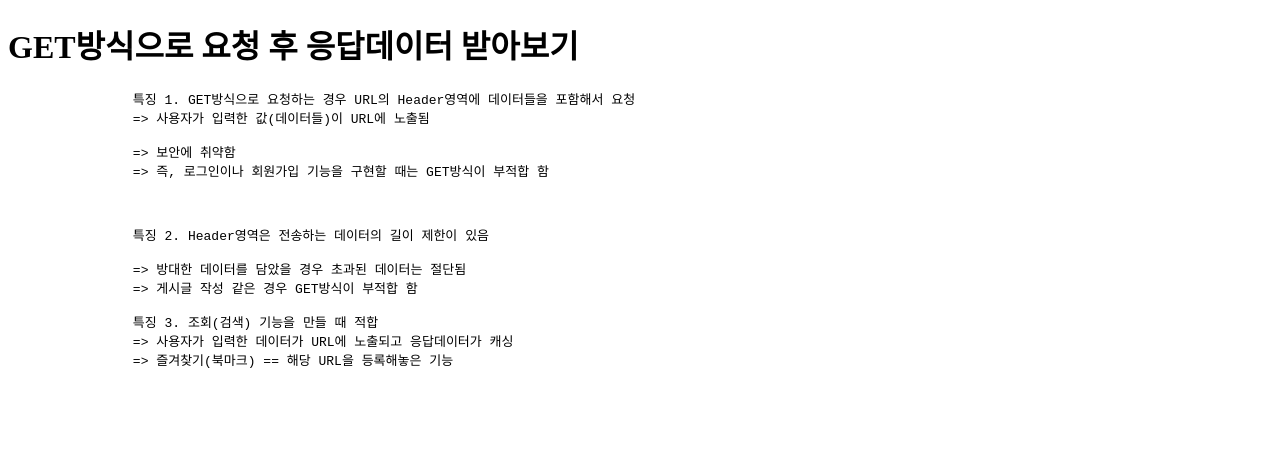
Repository: MiadongDeersfeet/webservice
Page: MyFirstWebProject/src/main/webapp/views/request_get.html
These files come from the project's save history. The page is drawn as it stood at one moment and after the next save; the edit follows.
The browser window is 1280 px wide. The pictures show the whole page.

Above is the page before, as saved 2025-09-22 07:49:06.

After the next save:
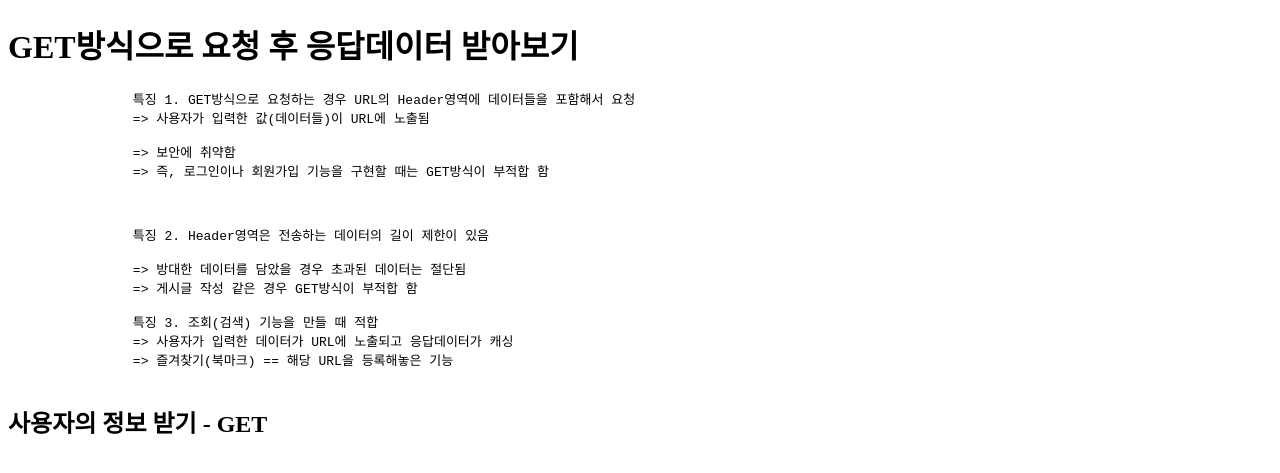
Saved 29 s later.
--- a/MyFirstWebProject/src/main/webapp/views/request_get.html
+++ b/MyFirstWebProject/src/main/webapp/views/request_get.html
@@ -27,5 +27,7 @@
 		=> 사용자가 입력한 데이터가 URL에 노출되고 응답데이터가 캐싱
 		=> 즐겨찾기(북마크) == 해당 URL을 등록해놓은 기능
 	</pre>
+
+	<h2> 사용자의 정보 받기 - GET </h2>
 </body>
 </html>
